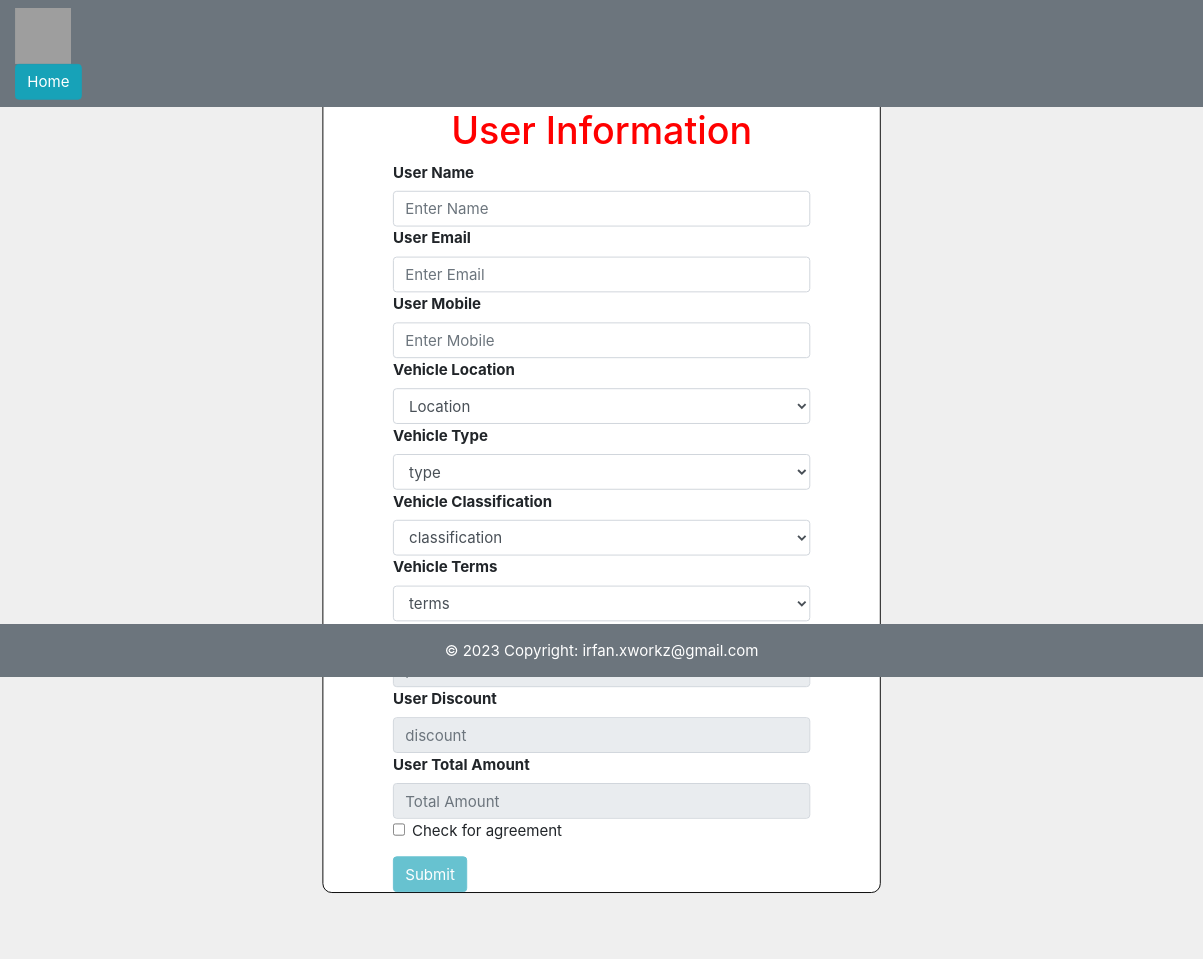
Repository: irfanxworkz/Project
Page: http://localhost/parking/UserInfo.jsp
An editor plug-in stored every save of this project. The page is shown before and after the next save, followed by the edit.
The browser window is 1280 px wide. The pictures show the whole page, at 94% of full size.
Pictures or frames that could not be fetched are drawn as grey boxes. The page is served by Tomcat 9. Other server files are loaded and not shown.

Above is the page before, as saved 2023-07-09 22:10:40.
Console error: SyntaxError: Unexpected token 'else'

### parking/src/main/webapp/UserInfo.jsp
<%@ page language="java" contentType="text/html; charset=UTF-8"
    pageEncoding="UTF-8"%>
<!DOCTYPE html >
<html>
<head>
<meta charset="UTF-8">
<title>User-Page</title>

<!-- Link of JQuery cdn -->
    <script src= "https://ajax.googleapis.com/ajax/libs/jquery/3.5.1/jquery.min.js"> </script>
<!-- Checkbox disable or enable -->
<script>
	$(document).ready(function () {
		  $('#myCheckbox').click(function () {
		    $('#myButton').prop("disabled", !$("#myCheckbox").prop("checked"));
		  })
		});

 	function validateFields() {
		var location=document.getElementById("location").value;
		var type=document.getElementById("type").value;
		var classification=document.getElementById("classification").value;
		var terms=document.getElementById("terms").value;

		if(location=="" || location==null && type=="" || type==null && classification=="" || classification==null && terms=="" || terms==null){
			document.getElementById('validate').innerHTML="please fill the form";
			return false;
		}else if (location=="" || type =="" || classification =="" || terms =="") {
			document.getElementBy('validate').innerHTML="please fill the missing fields";
			return false;
		}
		}else{
			document.getElementBy('validate').innerHTML="";
			return true;
		}
	}

 	function EmailAjax(){
 		console.log("EmailAjax logged-in");
 		var email=document.getElementById("email").value;
 		var url="http://localhost:8080/parking/validateEmail/"+email;
 		console.log(url);
 		const xmlHttp=new XMLHttpRequest();
 		xmlHttp.open("GET", url);
 		xmlHttp.send();
 		xmlHttp.onload=function(){
 			console.log(this.responseText);
 			document.getElementById('display').innerHTML=this.responseText;
 			document.getElementById('here').innerHTML="";
 		}
 	}

 	function ajaxWithObj() {
 		console.log("ajaxWithObj logged-in")
 		var location=document.getElementById("location").value;
 		var type=document.getElementById("type").value;
 		var classification=document.getElementById("classification").value;
 		var terms=document.getElementById("terms").value;
 		var url="http://localhost:8080/parking/getPriceAndDiscount/"+location+"/"+type+"/"+classification+"/"+terms
 		console.log(url);
 		const xmlHttp=new XMLHttpRequest();
 		xmlHttp.open("GET", url);
 		xmlHttp.send();
 		xmlHttp.onload=function(){
 			document.getElementById("display").innerHTML = this.responseText;
 			console.log(this.responseText);
 			var obj=JSON.parse(this.responseText);
 			console.log(obj.price);
 			console.log(obj.discount);
 			document.getElementById("price").value=obj.price;
 			document.getElementById("discount").value=obj.discount;
 			var totalAmount=obj.price-((obj.price*obj.discount)/100);
 			console.log(totalAmount);
 			document.getElementById("totalAmount").value = totalAmount;
 		}
	}
 </script>
<!-- Link of Bootstrap cdn -->
<link rel="stylesheet"
	href="https://cdn.jsdelivr.net/npm/bootstrap@4.4.1/dist/css/bootstrap.min.css">
	<link rel="stylesheet" href="Parking.css">
</head>
<header>
	<div class="fixed-header">
		<nav class="navbar navbar-dark bg-secondary justify-content-between">
			<img src="https://w7.pngwing.com/pngs/974/17/png-transparent-car-park-parking-computer-icons-parking-text-rectangle-logo-thumbnail.png" alt="" width="60" height="60">
		    <a href="Home.jsp" class="btn btn-info" type="button" style="margin-right: 1150px;">Home</a>
		</nav>
	</div>
</header>
<body>

<div class="container">
	<form action="user" method="post" onsubmit="return validateFields()" style="background-color: white; margin-top: 10px;margin-bottom: 10px; margin-left: 200px; margin-right: 200px; border: 1px solid black; border-radius: 10px;">

		<span style="color: green;">${usermsg }</span>
		<span style="color: red;">${error }</span>
	 	<span style="color: red;" id="display"></span><a id="here" href="UserLogin.jsp"> Login </a>
		<h1 style="color: red; text-align: center;" >User Information</h1>
		<div class="container">
			<label for="name"><b>User Name</b></label>
			<input type="text" name="name" placeholder="Enter Name" class="form-control" required="required">
			<label for="email"><b>User Email</b></label>
			<input type="email" name="email" placeholder="Enter Email" class="form-control" onchange="EmailAjax()" id="email" required="required">
			<label for="mobile"><b>User Mobile</b></label>
			<input type="number" name="mobile" placeholder="Enter Mobile" class="form-control" required="required" >
			<label for="location"><b>Vehicle Location</b></label>
					<select name="location" class="form-control" id="location">
					<option value="">Location</option>
					<option value="Rajaji-Nagar">Rajaji-Nagar</option>
					<option value="kurubarahalli">Kurubarahalli</option>
					<option value="btm">BTM</option>
					</select>
			<label for="type"><b>Vehicle Type</b></label>
					<select name="type" class="form-control" id="type">
					<option value="">type</option>
					<option value="2 wheeler">2-Wheeler</option>
					<option value="4 wheeler">4-wheeler</option>
					</select>
			<label for="classification"><b>Vehicle Classification</b></label>
					<select name="classification" class="form-control" id="classification">
					<option value="">classification</option>
					<option value="bmw">BMW</option>
					<option value="dastun">Dastun</option>
					<option value="benz">Benz</option>
					<option value="bike">Bike</option>
					</select>
			<label for="terms"><b>Vehicle Terms</b></label>
					<select name="terms" class="form-control" onchange="ajaxWithObj()" id="terms">
					<option value="">terms</option>
					<option value="1-day">1-Day</option>
					<option value="7-day">7-Days</option>
					<option value="15-day">15-Days</option>
					<option value="30-day">30-Days</option>
					<option value="90-day">90-Days</option>
					<option value="180-day">180-Days</option>
					<option value="365-day">365-Days</option>
					</select>
			<label for="price"><b> User Price</b></label>
					<input type="text" name="price" class="form-control" placeholder="price" id="price" readonly="readonly">
			<label for="discount"><b>User Discount</b></label>
					<input type="text" name="discount" class="form-control" placeholder="discount" id="discount" readonly="readonly">
			<label for="totalAmount"><b>User Total Amount</b></label>
					<input type="text" name="totalAmount" class="form-control" placeholder="Total Amount" id="totalAmount" readonly="readonly">
			<div class="form-group form-check">
			    <input type="checkbox" class="form-check-input" id="myCheckbox">
			    <label class="form-check-label" for="myCheckbox">Check for agreement</label>
		 	</div>
	 			 <input type="submit" value="Submit" class="btn btn-info" id="myButton" disabled>
	 			 <!-- <input type="reset" value="Reset" class="btn btn-info"> -->
		</div>
	</form>
</div>
</body>
<div class="fixed-footer">
<footer class="bg-secondary text-white">
    <div class="text-center p-3" style="background-color: secondary;">
      © 2023 Copyright:
      <a class="text-white" href="https://irfan.xworkz@gmail.com/">irfan.xworkz@gmail.com</a>
    </div>
</footer>
</div>
</html>

### parking/src/main/webapp/Parking.css
@charset "UTF-8";



 /* Add some padding on document's body to prevent the content
    to go underneath the header and footer */
 	body{
        padding-top: 80px;
        padding-bottom: 60px;
        background-color: buttonface;
    }
    .container{
        width: 80%;
        margin: 0 auto; /* Center the DIV horizontally */
    }
    .fixed-header, .fixed-footer{
        width: 100%;
        position: fixed;

    }
    .fixed-header{
        top: 0;
    }
    .fixed-footer{
        bottom: 0;
    }


 /* using for table and body*/
 #customers {
  font-family: Arial, Helvetica, sans-serif;
  border-collapse: collapse;
  width: 100%;
}

#customers td, #customers th {
  border: 1px solid #ddd;
  padding: 8px;
}

#customers tr:nth-child(even){background-color: #f2f2f2;}

#customers tr:hover {background-color: #ddd;}

#customers th {
  padding-top: 12px;
  padding-bottom: 12px;
  text-align: left;
  background-color: #04AA6D;
  color: white;
}

After the next save:
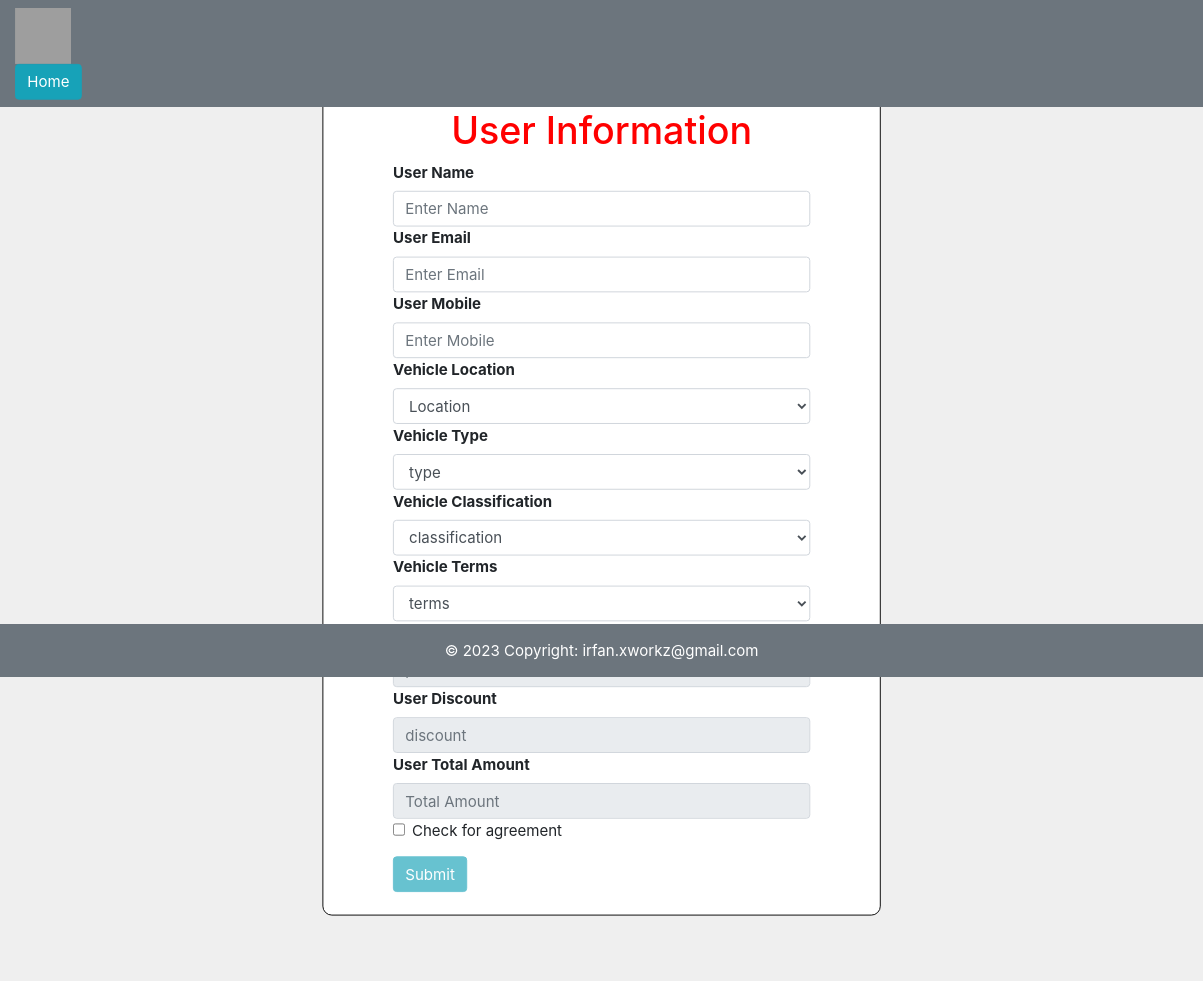
Saved 36 s later.
--- a/parking/src/main/webapp/UserInfo.jsp
+++ b/parking/src/main/webapp/UserInfo.jsp
@@ -146,8 +146,7 @@
 			    <input type="checkbox" class="form-check-input" id="myCheckbox">
 			    <label class="form-check-label" for="myCheckbox">Check for agreement</label>
 		 	</div>
-	 			 <input type="submit" value="Submit" class="btn btn-info" id="myButton" disabled>
-	 			 <!-- <input type="reset" value="Reset" class="btn btn-info"> -->
+	 			 <input type="submit" value="Submit" class="btn btn-info" id="myButton" disabled><br><br>
 		</div>
 	</form>
 </div>
